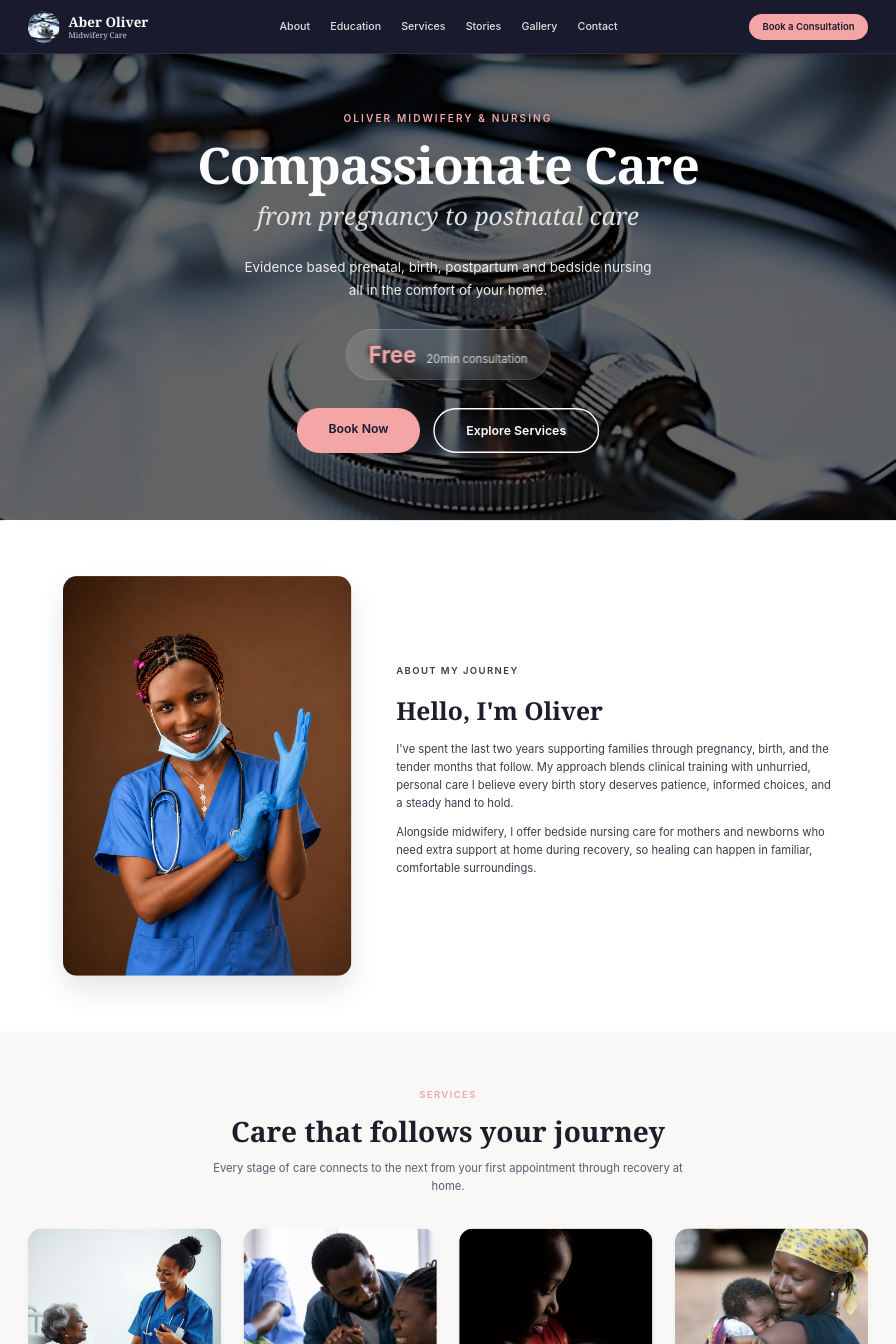
Repository: Mrkayboss/Aber-Oliver
Page: index (2).html
These files come from the project's save history. The page is drawn as it stood at one moment and after the next save; the edit follows.
The browser window is 1280 px wide. The pictures show the part of the page from y = 0 to 1920 px (the page is 5758 px tall before and 5783 px after), at 70% of full size.
Backgrounds fixed to the window are drawn as part of the page.

Above is the page before, as saved 2026-08-31 14:39:19.

After the next save:
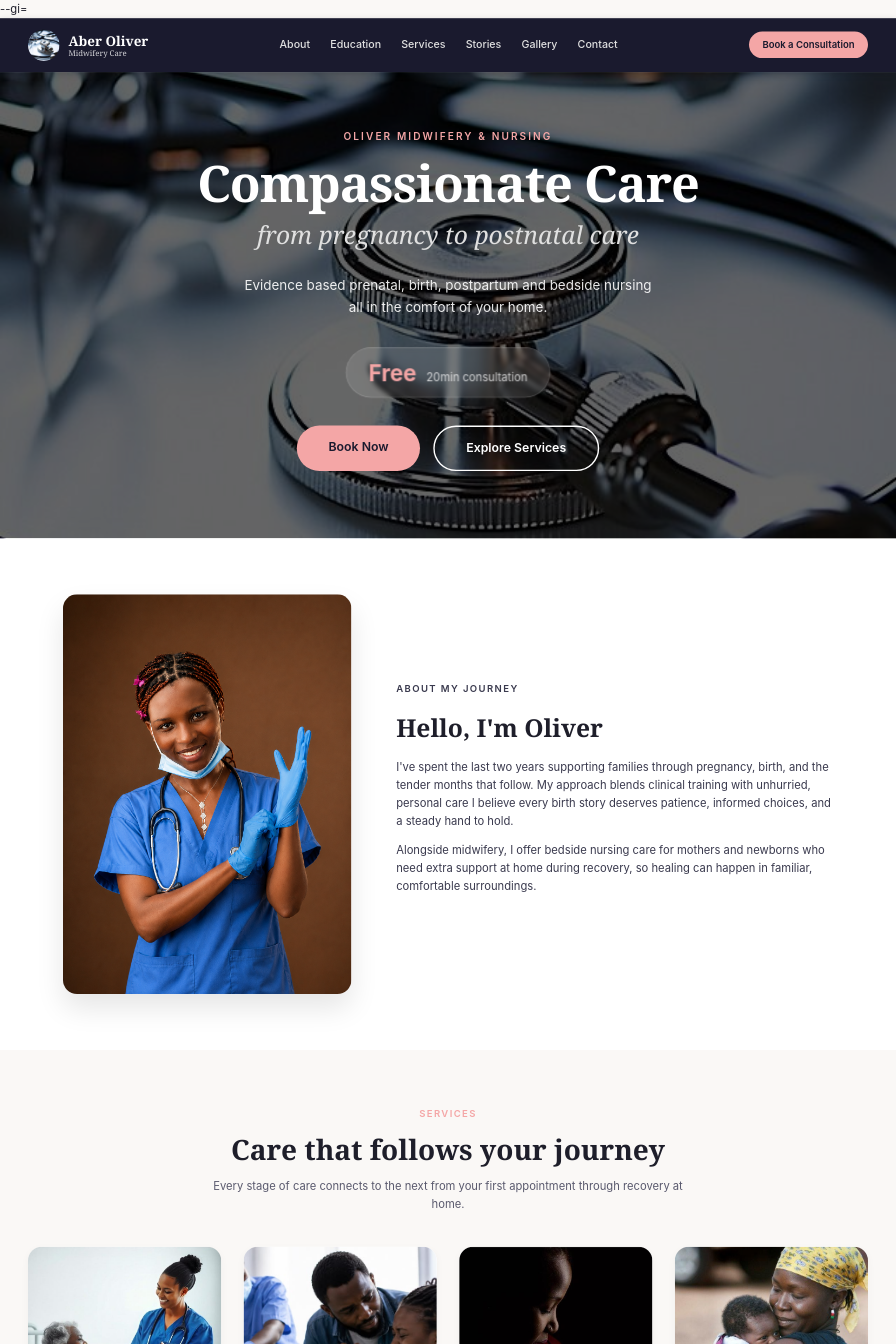
Saved 4 s later.
--- a/index (2).html
+++ b/index (2).html
@@ -5,7 +5,7 @@
 
 <meta name="viewport" content="width=device-width, initial-scale=1.0">
 <title>Aber &amp; Oliver Midwifery Care | Pregnancy, Birth &amp; Nursing Support</title>
-
+--gi=
 <meta name="google-site-verification" content="zEPvQXorzFYs7VhjEPzeqqm9gOhIgL3KkBlzfNxVpM0" />
 <meta name="description" content="Willow & Wren Midwifery Care offers prenatal, labor, postpartum, newborn, and bedside nursing support with warmth and expertise.">
 
